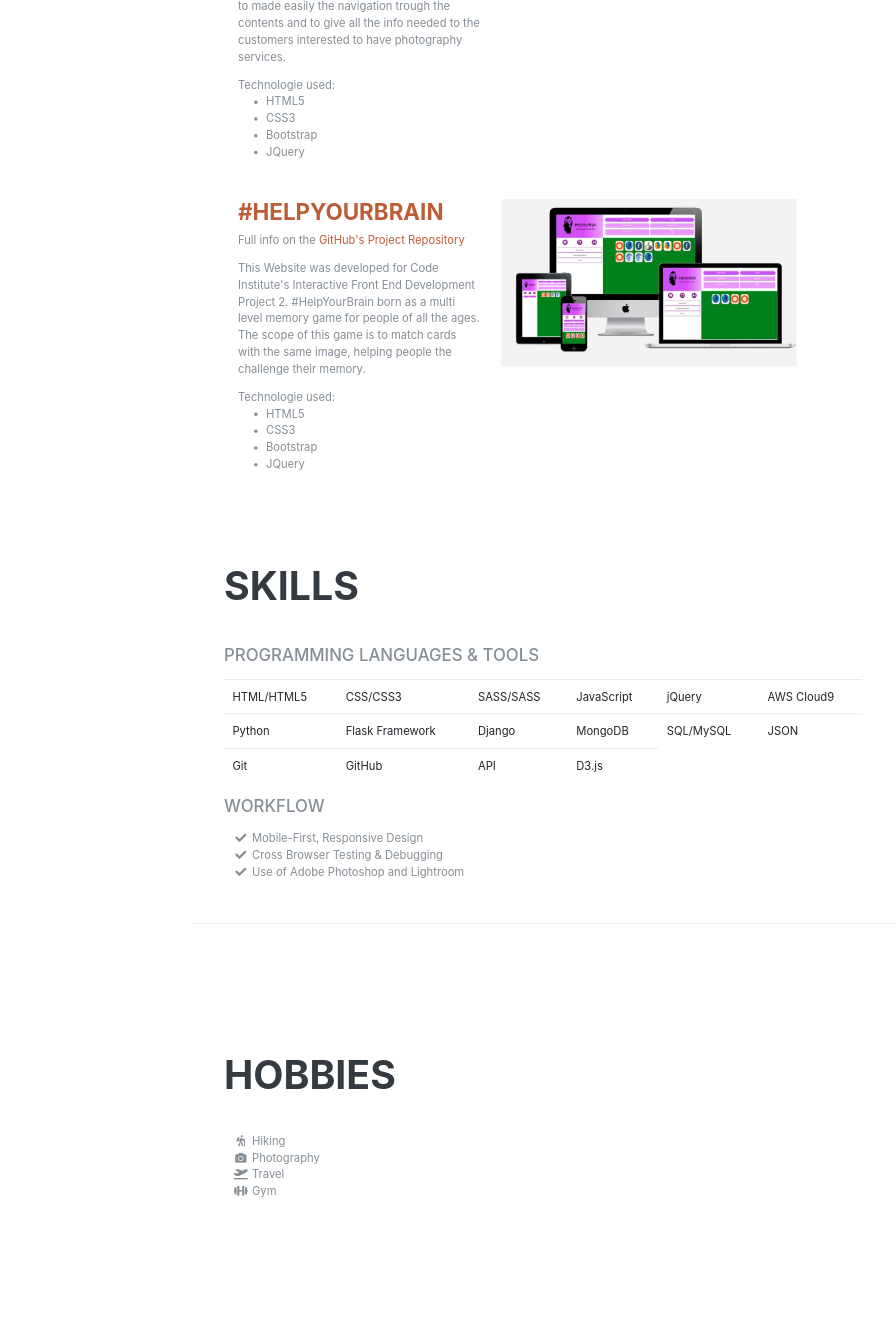
Repository: gello94/antonio_augello_online_Resume
Page: http://localhost/
The author's editor kept a record of every edit. The page is drawn from the files as they stood at one moment, then again after the next edit.
The browser window is 1280 px wide. The pictures show the part of the page from y = 2778 to 4698 px (the page is 4674 px tall before and 4698 px after), at 70% of full size.
Some web fonts or font styles are not loaded; a fallback is used. The page is served by the project's application, run on Flask 3 (run.py).

Above is the page before.

After the next edit:
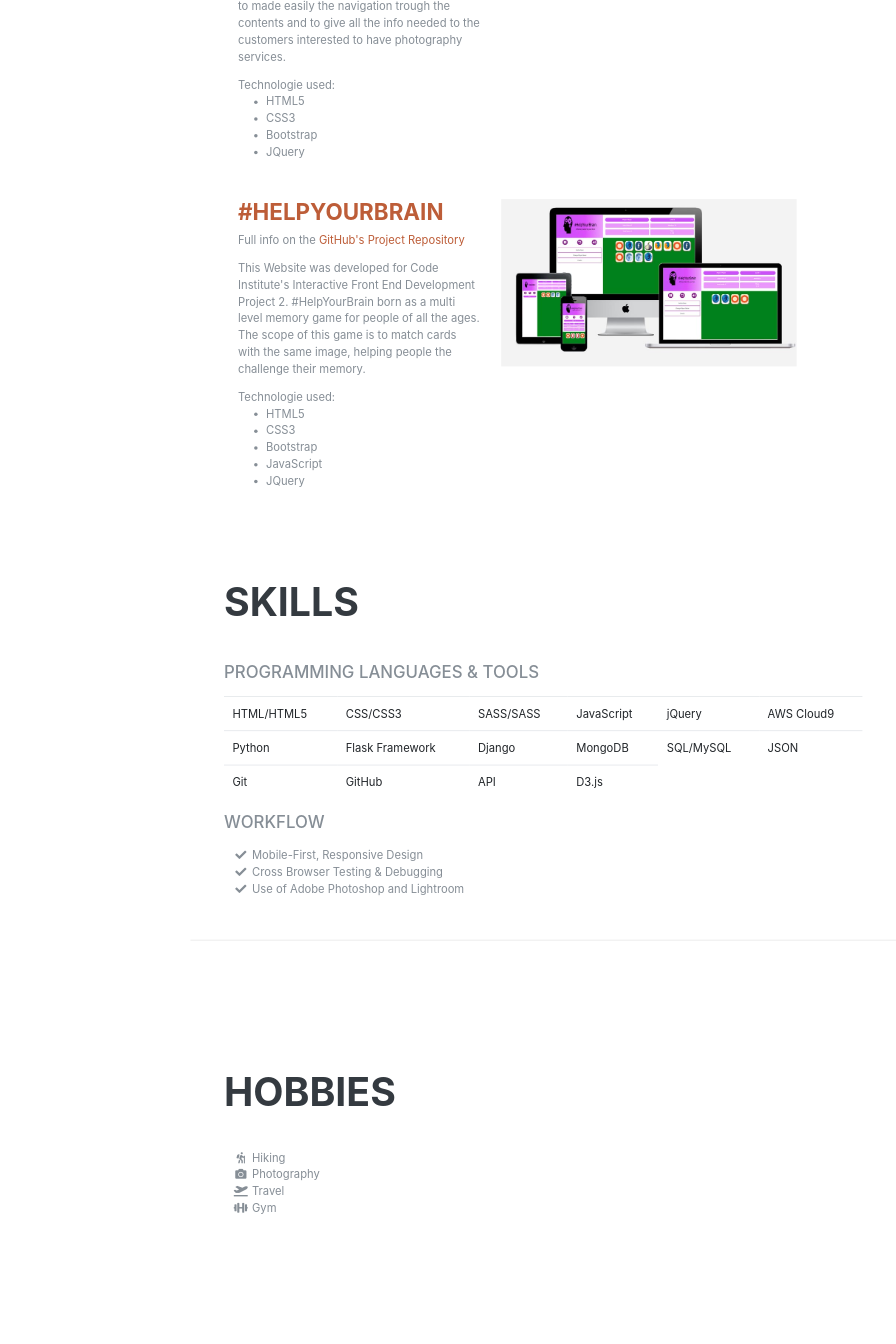
The edit:
--- a/templates/index.html
+++ b/templates/index.html
@@ -234,6 +234,7 @@
                         <li>HTML5</li>
                         <li>CSS3</li>
                         <li>Bootstrap</li>
+                        <li>JavaScript</li>
                         <li>JQuery</li>
                       </ul>
                     </div>
